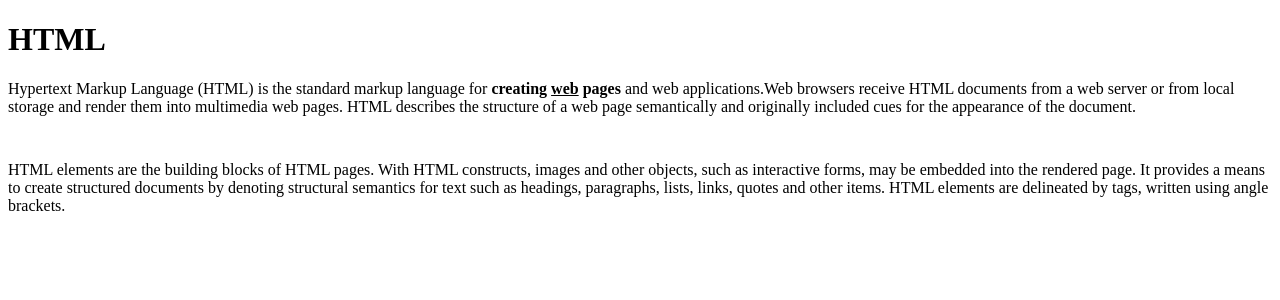
Repository: youngsik0405/Web-study
Page: Practice/WebContent/1.html
These files come from the project's save history. The page is drawn as it stood at one moment and after the next save; the edit follows.
The browser window is 1280 px wide. The pictures show the whole page.

Above is the page before, as saved 2025-01-20 11:28:16.

### Practice/WebContent/1.html
<!DOCTYPE html>
<html>
<head>
<meta charset="UTF-8">
<title>Insert title here</title>
</head>
<body>

<h1>HTML</h1>
Hypertext Markup Language (HTML) is the standard markup language for <strong>creating <u>web</u> pages</strong> and web applications.Web browsers receive HTML documents from a web server or from local storage and render them into multimedia web pages. HTML describes the structure of a web page semantically and originally included cues for the appearance of the document.
</p><p style="margin-top:45px;">HTML elements are the building blocks of HTML pages. With HTML constructs, images and other objects, such as interactive forms, may be embedded into the rendered page. It provides a means to create structured documents by denoting structural semantics for text such as headings, paragraphs, lists, links, quotes and other items. HTML elements are delineated by tags, written using angle brackets.


</body>
</html>

After the next save:
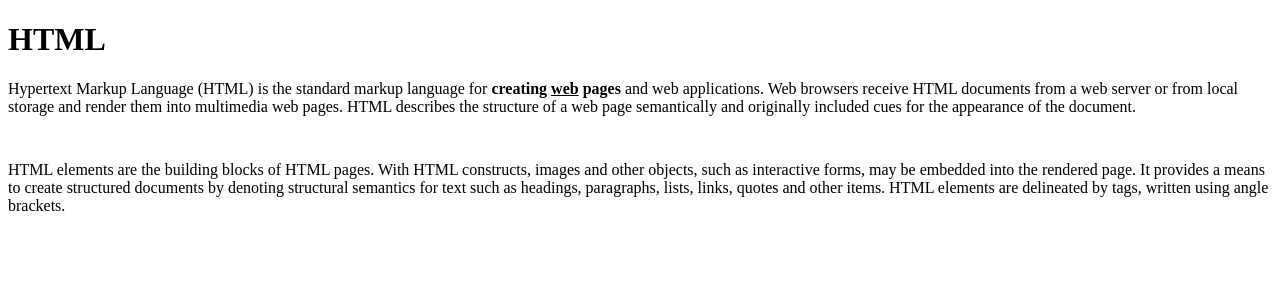
Saved 81 s later.
--- a/Practice/WebContent/1.html
+++ b/Practice/WebContent/1.html
@@ -7,7 +7,13 @@
 <body>
 
 <h1>HTML</h1>
-Hypertext Markup Language (HTML) is the standard markup language for <strong>creating <u>web</u> pages</strong> and web applications.Web browsers receive HTML documents from a web server or from local storage and render them into multimedia web pages. HTML describes the structure of a web page semantically and originally included cues for the appearance of the document.
+Hypertext Markup Language (HTML) is
+the standard markup language for <strong>creating <u>web</u>
+ pages</strong> and web applications.
+ Web browsers receive HTML documents
+ from a web server or from local storage
+ and render them into multimedia web pages.
+ HTML describes the structure of a web page semantically and originally included cues for the appearance of the document.
 </p><p style="margin-top:45px;">HTML elements are the building blocks of HTML pages. With HTML constructs, images and other objects, such as interactive forms, may be embedded into the rendered page. It provides a means to create structured documents by denoting structural semantics for text such as headings, paragraphs, lists, links, quotes and other items. HTML elements are delineated by tags, written using angle brackets.
 
 
